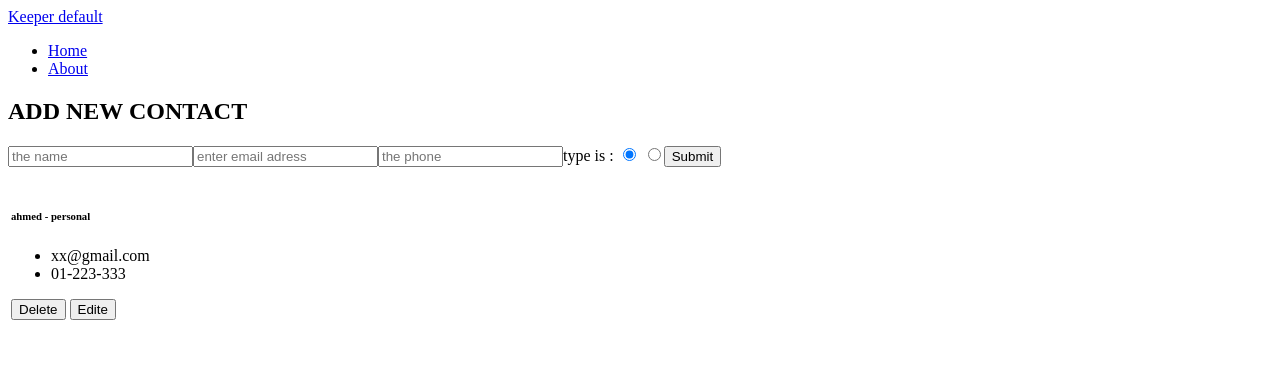
Repository: 3bdulrahman/contact-keeper
Page: / (app in client/)
An editor plug-in stored every save of this project. The page is shown before and after the next save, followed by the edit.
The browser window is 1280 px wide. The pictures show the whole page.
The project was rebuilt for these pictures with package versions that can differ from the ones it lists, and the page was loaded fresh each time. A package was used in the major version that the imports need, not the one package.json lists. Also part of the build but not shown: client/src/components/pages/About.js, client/src/App.css.

Above is the page before, as saved 2020-04-16 18:10:49.

### client/src/App.js
import React,{Fragment} from 'react';
import { BrowserRouter as Router , Route , Switch } from 'react-router-dom'
import Navbar from './components/layout/Navbar'
import Home from './components/pages/Home'
import About from './components/pages/About'
import ContactState  from './context/contact/ContactState'
import './App.css'
const  App = ()=> {
   return (
    <ContactState>
    <Router>
    <Fragment>
         <Navbar   />
         <div className='container'>
             <Switch>
               <Route exact path='/' component={Home} />
               <Route exact path='/about' component={About} />
             </Switch>
         </div>
    </Fragment>
    </Router>
    </ContactState>
  );
}

export default App;

### client/src/components/layout/Navbar.js
import React from 'react'
import {Link} from 'react-router-dom'
import PropTypes from 'prop-types'

 const Navbar = ({title}) => {
    return (
      <nav class="navbar navbar-expand-sm bg-dark navbar-dark">

      <a class="navbar-brand" href="#">{title}</a>


      <ul class="navbar-nav">
        <li class="nav-item">
        <Link class="nav-link" to="/"><i className='fa fa-home'></i> Home</Link>
        </li>
        <li class="nav-item">
          <Link class="nav-link" to="/about">About</Link>
        </li>

      </ul>
    </nav>
    )
}

Navbar.propTypes= {
     title:PropTypes.string.isRequired
}
Navbar.defaultProps = {
     title:'Keeper default '
}

export default Navbar

### client/src/components/pages/Home.js
import React from 'react'
import Contacts from '../contacts/contacts'
import Contactform from '../contacts/contactForm'
 const Home = () => {
    return (
        <div className="row">
            <div className="col-md-6 col-lg-6">
                <Contactform />
            </div>
             <div className="col-md-6 col-lg-6">
                 <br />
                 <Contacts /></div>
        </div>
    )
}

export default Home

### client/src/context/contact/ContactState.js
import React,{useReducer} from 'react'
import uuid from 'uuid/v4'
import contactContext from './ContactContext'
import { UPDATE_CONTACT,CLEAR_CURRENT,DELETE_CONTACT,SET_CURRENT,ADD_CONTACT,SET_ALERT,REMOVE_ALERT,
    FILTER_CONTACTS,CLEAR_FILTER} from '../type'
import contactReducer from '../contact/ContactReducer'
const ContactState = props=>{
       const contactInit = {
             contacts:[
                   {id:1,name:"ahmed",email:"xx@gmail.com",phone:"01-223-333",type:"personal"}
             ],
             current:null
       };
       const [state,dispatch] = useReducer(contactReducer,contactInit)
       //add contact
       const addContact = contact =>{
            contact.id = uuid()
            dispatch({
                  type:ADD_CONTACT,
                  payload:contact
            })
       }
       // delete contact
       const deleteContact = id =>{
        dispatch({
              type:DELETE_CONTACT,
              payload:id
        })
   }

   // set Current
     const setCurrent = contact =>{
           dispatch({
                type:SET_CURRENT,
                payload:contact
           })
     }
   // clear current
   const clearCurrent =()=> dispatch({ type:CLEAR_CURRENT})
       return(
            <contactContext.Provider value={{
                contacts:state.contacts,
                current:state.current,
                setCurrent,
                clearCurrent,
                addContact,
                deleteContact
            }}>
                {props.children}
            </contactContext.Provider>
       )
}

export default ContactState

### client/src/components/contacts/contacts.js
import React,{useContext,Fragment} from 'react'
import ContactContext from '../../context/contact/ContactContext'
import ContactsItem from './contactsItem'
 const Contacts = () => {
    const contextContact = useContext(ContactContext)
    const {contacts} = contextContact
    return (
        <Fragment>
            {contacts.map(contact=> <ContactsItem key={contact.id} contact={contact} />)}
        </Fragment>
    )
}
export default Contacts

### client/src/components/contacts/contactForm.js
import React,{useState,useContext,useEffect} from 'react'
import ContactContext from '../../context/contact/ContactContext'
import contactContext from '../../context/contact/ContactContext'
 const Contactform = () => {
    const {addContact,current,clearCurrent} = useContext(contactContext)
    const [ contact,setContact] = useState({
          name:'' , email:'',phone:'',type:'personal'
    })
    useEffect(()=>{
            if(current!=null){
                setContact(current)
            }else{
            setContact({name:'' , email:'',phone:'',type:'personal'})
            }
    },[contactContext,current])

    const {name,email,phone,type} = contact
    const onChange = e=> setContact({...contact,[e.target.name]:e.target.value})
    const onSubmit = e=>{
        e.preventDefault()
        // add method
        addContact(contact)

        setContact({name:'' , email:'',phone:'',type:'personal'})
    }
    return (
        <form onSubmit={onSubmit}>
        <h2>ADD NEW CONTACT </h2>
            <div className='form-group'>
                <input type='text' className='form-control'
                placeholder='the name' name='name' value={name} onChange={onChange} />
                <input type='text' className='form-control'
                placeholder='enter email adress'name='email' value={email} onChange={onChange} />
                <input type='text' className='form-control'
                placeholder='the phone' name='phone' value={phone} onChange={onChange} />
                type is : <input type='radio'
                 value='personal' name='type' onChange={onChange} checked={type==='personal'}  />{' '}
                  <input type='radio'
                 value='prof' name='type'  onChange={onChange} checked={type==='prof'}/>
                 <input type='submit' text='Add new' className='btn btn-block btn-primary' />


            </div>
        </form>
    )
}


export default Contactform

### client/src/context/contact/ContactContext.js
import {createContext} from 'react'
const contactContext = createContext()
export default contactContext

### client/src/context/type.js
export const ADD_CONTACT="ADD_CONTACT"
export const DELETE_CONTACT="DELETE_CONTACT"
export const UPDATE_CONTACT="UPDATE_CONTACT"
export const FILTER_CONTACTS="FILTER_CONTACTS"
export const CLEAR_FILTER="CLEAR_FILTER"
export const SET_CURRENT="SET_CURRENT"
export const CLEAR_CURRENT="CLEAR_CURRENT"
export const SET_ALERT="SET_ALERT"
export const REMOVE_ALERT="REMOVE_ALERT"

### client/src/context/contact/ContactReducer.js
import { UPDATE_CONTACT,CLEAR_CURRENT,DELETE_CONTACT,SET_CURRENT,ADD_CONTACT,SET_ALERT,REMOVE_ALERT,
    FILTER_CONTACTS,CLEAR_FILTER} from '../type'

export default (state,action)=>{
      switch(action.type){

          case ADD_CONTACT:
              return { ...state,contacts:[...state.contacts,action.payload]}
          case DELETE_CONTACT:
              return { ...state,contacts:state.contacts.filter(contact=> contact.id!= action.payload)}
          case SET_CURRENT:
              return {...state,current:action.payload}
          case CLEAR_CURRENT:
              return {...state,current:null}
           default:
               return state
      }
}

### client/src/components/contacts/contactsItem.js
import React,{useContext} from 'react'
import ContactContext from '../../context/contact/ContactContext'
 const ContactsItem = ({contact}) => {
    const context = useContext(ContactContext)
    const { deleteContact,clearCurrent,setCurrent} = context
    const {id,name,email,phone,type} = contact
    const deleteonClick = ()=> {
        deleteContact(id)
        clearCurrent()
    }
    return (
        <div className="card" style={{margin:'3px'}}>

              <div className="card-body">
              <div className="card-title">
              <h6 className="text-info"><i className="fa fa-user"></i> {name} - <span className={'badge ' + (type==='personal'?'badge-primary':'badge-danger')}>{type}</span></h6>
              </div>

              <div className="card-text">
                  <ul className="list-inline">
                      <li><i class="fas fa-fire"></i> {email&& <span className="label label-primary">{email}</span>}</li>
                      <li><i class="fas fa-phone"></i> {phone&& <span className="label label-warning">{' '+phone}</span>}</li>
                  </ul>
              </div>
              <div className="card-link"><button className="btn btn-danger btn-sm" onClick={deleteonClick}>Delete</button>{' '}
              <button className="btn btn-primary btn-sm" onClick={()=>setCurrent(contact)}>Edite</button>
               </div>

              </div>
        </div>
    )
}
export default ContactsItem

Loaded but not shown: client/src/index.js (common file)

After the next save:
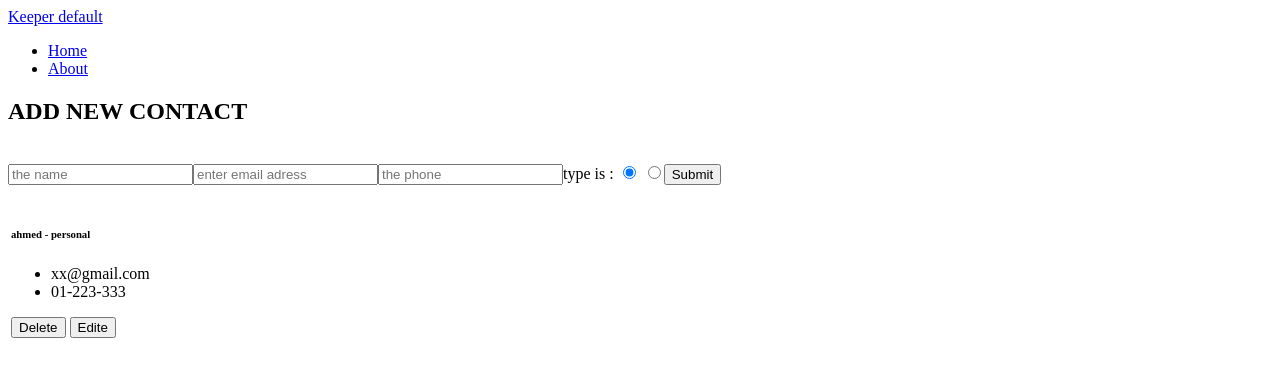
Saved 80 s later.
--- a/client/src/components/contacts/contactForm.js
+++ b/client/src/components/contacts/contactForm.js
@@ -25,7 +25,8 @@ import contactContext from '../../context/contact/ContactContext'
     }
     return (
         <form onSubmit={onSubmit}>
-        <h2>ADD NEW CONTACT </h2>
+        <h2>{current ? 'Update CONTACT':'ADD NEW CONTACT'} </h2>
+        <br />
             <div className='form-group'>
                 <input type='text' className='form-control'
                 placeholder='the name' name='name' value={name} onChange={onChange} />
